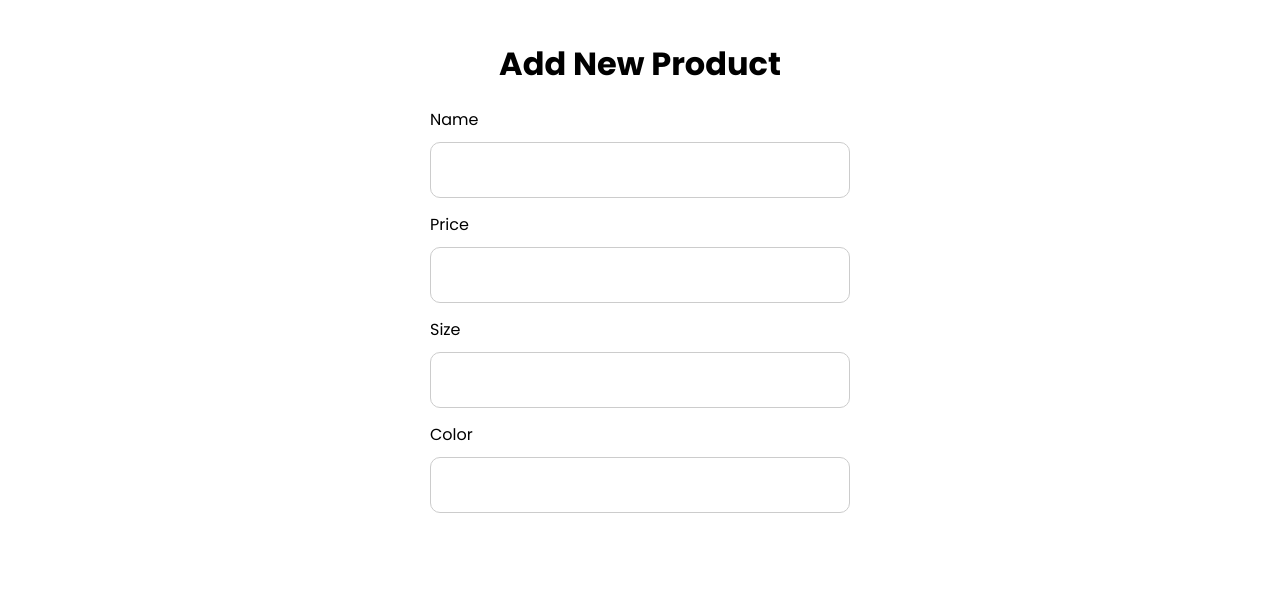
Repository: hoang0508/ReactJsHoiDanIT
Page: /form
These files come from the project's save history. The page is drawn as it stood at one moment and after the next save; the edit follows.
The browser window is 1280 px wide. The pictures show the whole page.
The project was rebuilt for these pictures with package versions that can differ from the ones it lists, and the page was loaded fresh each time.

Above is the page before, as saved 2022-02-15 10:02:19.

After the next save:
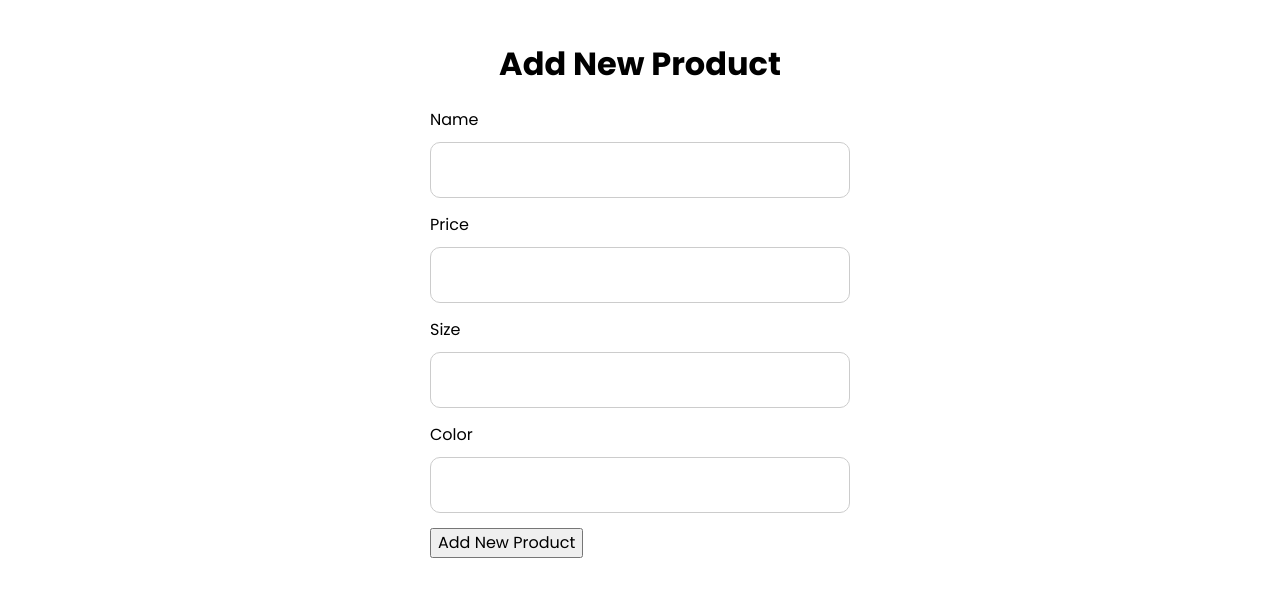
Saved 29 s later.
--- a/src/components/Form/AddNewProduct.js
+++ b/src/components/Form/AddNewProduct.js
@@ -28,6 +28,9 @@ const AddNewProduct = () => {
         </label>
         <input type="text" className="form-input" />
       </div>
+      <div>
+        <button className="form-btn">Add New Product</button>
+      </div>
     </form>
   );
 };
